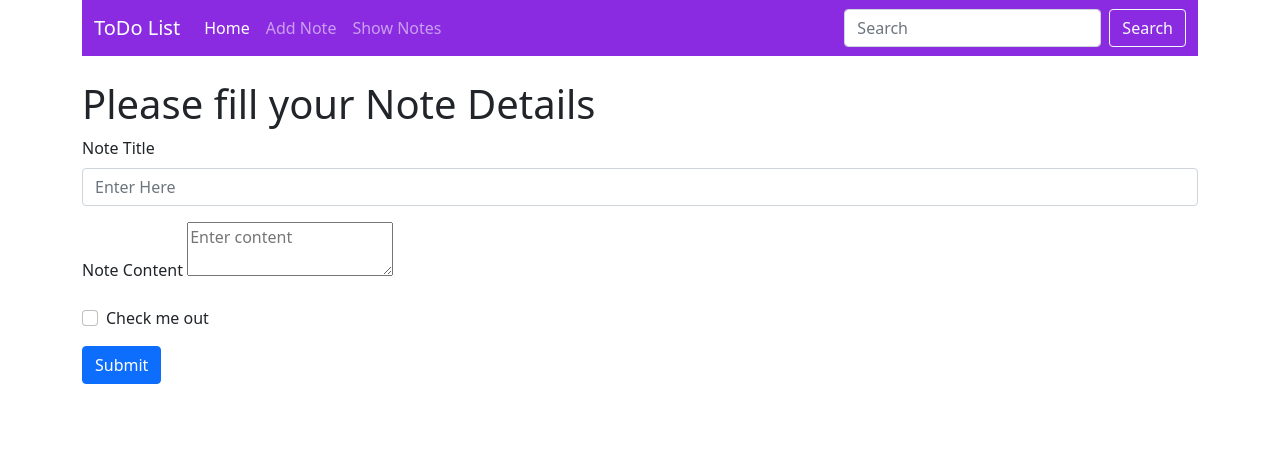
Repository: VishalSalvi17/Hibernate
Page: http://localhost/ToDoList/addnote.jsp
An editor plug-in stored every save of this project. The page is shown before and after the next save, followed by the edit.
The browser window is 1280 px wide. The pictures show the whole page.
The page is served by Tomcat 9. Other server files are loaded and not shown.

Above is the page before, as saved 2023-03-16 10:57:48.

### ToDoList/src/main/webapp/addnote.jsp
<%@ page language="java" contentType="text/html; charset=ISO-8859-1"
	pageEncoding="ISO-8859-1"%>
<!DOCTYPE html PUBLIC "-//W3C//DTD HTML 4.01 Transitional//EN" "http://www.w3.org/TR/html4/loose.dtd">
<html>
<head>
<!-- Required meta tags -->
<meta charset="utf-8">
<meta name="viewport" content="width=device-width, initial-scale=1">

<%@include file="all_js_css.jsp"%>
<title>Add Notes</title>
</head>
<body>
	<div class="container">
		<%@include file="navbar.jsp"%>
		<br>
		<h1>Please fill your Note Details</h1>

		<!-- This is form -->
		<form action = "SaveNoteServlet" method="post">
			<div class="mb-3">
				<label for="exampleInputEmail1" class="form-label">Note Title</label>
				<input type="text" class="form-control"
					id="title" aria-describedby="emailHelp" placeholder="Enter Here">

			</div>
			<div class="mb-3">
				<label for="exampleInputPassword1" class="form-label">Note Content</label>
				<textarea id="content" placeholder ="Enter content"></textarea>
			</div>
			<div class="mb-3 form-check">
				<input type="checkbox" class="form-check-input" id="exampleCheck1">
				<label class="form-check-label" for="exampleCheck1">Check me
					out</label>
			</div>
			<button type="submit" class="btn btn-primary">Submit</button>
		</form>
	</div>
</body>
</html>

### ToDoList/src/main/webapp/all_js_css.jsp
<!-- Bootstrap CSS -->
<link
	href="https://cdn.jsdelivr.net/npm/bootstrap@5.0.2/dist/css/bootstrap.min.css"
	rel="stylesheet"
	integrity="sha384-EVSTQN3/azprG1Anm3QDgpJLIm9Nao0Yz1ztcQTwFspd3yD65VohhpuuCOmLASjC"
	crossorigin="anonymous">

<!-- style path-->
<link href="css/style.css" rel="stylesheet">

<!-- Option 1: Bootstrap Bundle with Popper -->
<script
	src="https://cdn.jsdelivr.net/npm/bootstrap@5.0.2/dist/js/bootstrap.bundle.min.js"
	integrity="sha384-MrcW6ZMFYlzcLA8Nl+NtUVF0sA7MsXsP1UyJoMp4YLEuNSfAP+JcXn/tWtIaxVXM"
	crossorigin="anonymous"></script>

<!-- Option 2: Separate Popper and Bootstrap JS -->
<script
	src="https://cdn.jsdelivr.net/npm/@popperjs/core@2.9.2/dist/umd/popper.min.js"
	integrity="sha384-IQsoLXl5PILFhosVNubq5LC7Qb9DXgDA9i+tQ8Zj3iwWAwPtgFTxbJ8NT4GN1R8p"
	crossorigin="anonymous"></script>
<script
	src="https://cdn.jsdelivr.net/npm/bootstrap@5.0.2/dist/js/bootstrap.min.js"
	integrity="sha384-cVKIPhGWiC2Al4u+LWgxfKTRIcfu0JTxR+EQDz/bgldoEyl4H0zUF0QKbrJ0EcQF"
	crossorigin="anonymous"></script>

### ToDoList/src/main/webapp/navbar.jsp
<nav class="navbar navbar-expand-lg navbar-dark blue">
  <div class="container-fluid">
    <a class="navbar-brand" href="index.jsp">ToDo List</a>
    <button class="navbar-toggler" type="button" data-bs-toggle="collapse" data-bs-target="#navbarSupportedContent" aria-controls="navbarSupportedContent" aria-expanded="false" aria-label="Toggle navigation">
      <span class="navbar-toggler-icon"></span>
    </button>
    <div class="collapse navbar-collapse" id="navbarSupportedContent">
      <ul class="navbar-nav me-auto mb-2 mb-lg-0">
        <li class="nav-item">
          <a class="nav-link active" aria-current="page" href="index.jsp">Home</a>
        </li>
        <li class="nav-item">
          <a class="nav-link" href="addnote.jsp">Add Note</a>
        </li>
        <li class="nav-item">
          <a class="nav-link" href="#" tabindex="-1">Show Notes</a>
        </li>
      </ul>
      <form class="d-flex">
        <input class="form-control me-2" type="search" placeholder="Search" aria-label="Search">
        <button class="btn btn-outline-light" type="submit">Search</button>
      </form>
    </div>
  </div>
</nav>

### ToDoList/src/main/webapp/css/style.css
.blue{
	background:#8A2BE2;
}

After the next save:
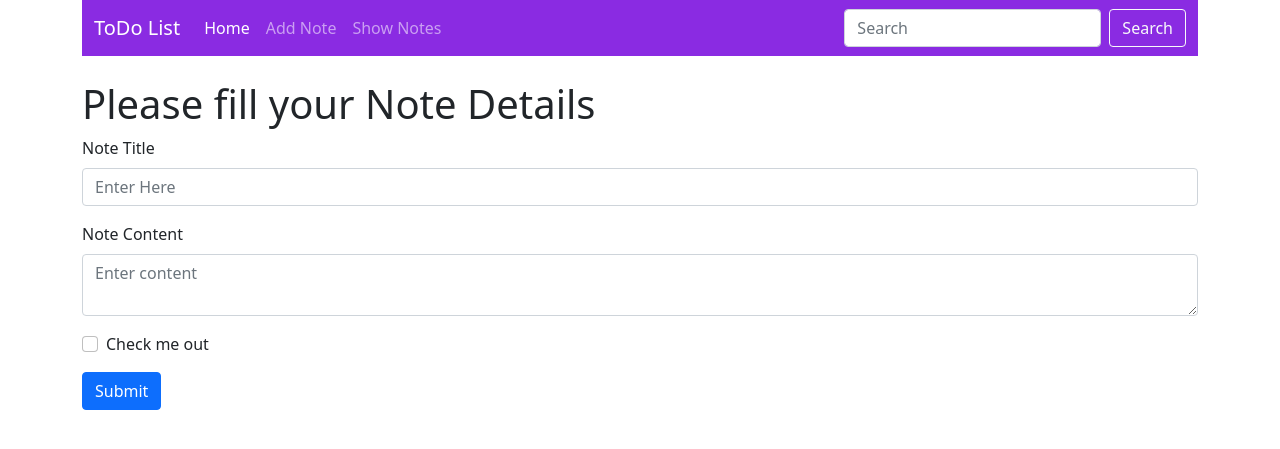
Saved 22 s later.
--- a/ToDoList/src/main/webapp/addnote.jsp
+++ b/ToDoList/src/main/webapp/addnote.jsp
@@ -26,7 +26,7 @@
 			</div>
 			<div class="mb-3">
 				<label for="exampleInputPassword1" class="form-label">Note Content</label>
-				<textarea id="content" placeholder ="Enter content"></textarea>
+				<textarea id="content" placeholder ="Enter content" class="form-control"></textarea>
 			</div>
 			<div class="mb-3 form-check">
 				<input type="checkbox" class="form-check-input" id="exampleCheck1">
